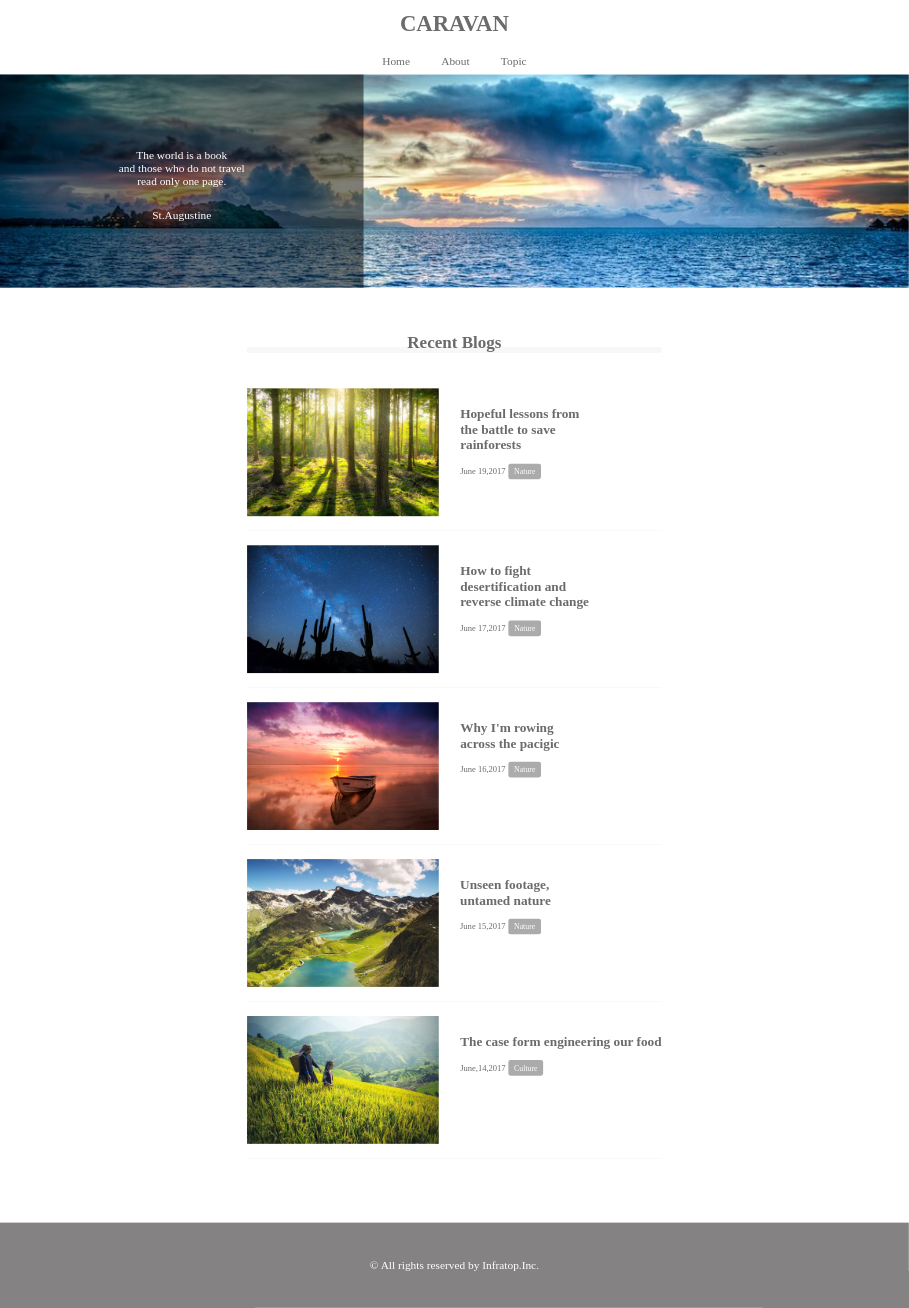
Repository: mitoma99/task4
Page: caravan/index.html
The author's editor kept a record of every edit. The page is drawn from the files as they stood at one moment, then again after the next edit.
The browser window is 1280 px wide. The pictures show the whole page, at 71% of full size.

Above is the page before.

### caravan/index.html
<!DOCTYPE html>
<html lang="ja">
  <head>
    <meta charset="UTF-8"/>
    <link rel="stylesheet" href="style.css"/>
    <title>CARAVAN</title>
  </head>


<body>
  <header>
    <h1 class="heading">
      <a href="index.html">
        CARAVAN
      </a>
    </h1>
  </header>

  <nav>
    <ul class="nav-list">
      <li class="nav-list-item">
        <a href="index.html">Home</a>
      </li>
      <li class="nav-list-item">About</li>
      <li class="nav-list-item">Topic</li>
    </ul>
  </nav>

  <div class="main-visual">
    <div class="main-visual-content">
      <p class="main-visual-text">
        The world is a book<br/>
        and those who do not travel<br/>
        read only one page.
      </p>
      <p class="main-visual-name">
        St.Augustine
      </p>
    </div>
  </div>

  <main>
    <section class="biog">
      <h2 class="blog-heading">Recent Blogs</h2>

      <div class="blog-box">
      <div class="blog-item">
        <img class="blog-image" src="img/forest.jpg"/>
        <section class="blog-text">
          <h3 class="blog-text-heading">
            <a href="single.html">
              Hopeful lessons from<br>
              the battle to save<br>
              rainforests
            </a>
          </h3>
          <p class="blog-date">June 19,2017</p>
          <span class="category">Nature</span>
        </section>
      </div>
      <div class="blog-item">
        <img class="blog-image" src="img/desert.jpg"/>
        <section class="blog-text">
          <h3 class="blog-text-heading">
            <a href="single.html">
              How to fight<br>
              desertification and<br>
              reverse climate change
            </a>
          </h3>
          <p class="blog-date">June 17,2017</p>
          <span class="category">Nature</span>
        </section>
        </div>
         <div class="blog-item">
        <img class="blog-image" src="img/sunset.jpg"/>
        <section class="blog-text">
          <h3 class="blog-text-heading">
            <a href="single.html">
              Why I'm rowing<br>
              across the pacigic
            </a>
          </h3>
          <p class="blog-date">June 16,2017</p>
          <span class="category">Nature</span>
        </section>
        </div>
         <div class="blog-item">
        <img class="blog-image" src="img/italy.jpg"/>
        <section class="blog-text">
          <h3 class="blog-text-heading">
            <a href="single.html">
              Unseen footage,<br>
              untamed nature
            </a>
          </h3>
          <p class="blog-date">June 15,2017</p>
          <span class="category">Nature</span>
        </section>
        </div>
         <div class="blog-item">
        <img class="blog-image" src="img/asia.jpg"/>
        <section class="blog-text">
          <h3 class="blog-text-heading">
            <a href="single.html">
              The case form
              engineering our food
              </a>
            </h3>
            <p class="blog-date">June,14,2017</p>
            <span class="category">Culture</span>
        </section>
        </div>
      </div>
    </section>
    <div class="sidebar"></div>
  </main>

  <footer>
    <p class="footer-text">© All rights reserved by Infratop.Inc.</p>
  </footer>
 </body>
</html>

### caravan/style.css
*{
  margin:0;
  padding:0;
  box-sizing:border-box;
  color:#6c6b6b;
}

a{
  text-decoration:none;
}

header{
  width:90%;
  padding:15px 0;
  margin:0 auto;
  text-align:center;
}

header.heading{
  font-size:32px;
}

.nav-list{
  text-align:center;
  padding:10px 0;
  margin:0 auto;
}

.nav-list-item{
  list-style:none;
  display:inline-block;
  margin:0 20px;
}

.main-visual{
  width:100%;
  height:300px;
  background-image:url(img/mv.jpg);
  background-size:cover;
  background-position:center;
}

.main-visual-content{
  width:40%;
  height:300px;
  background-color:rgba(0,0,0,0.5);
  text-align:center;
  padding-top:105px;
}

.main-visual-text{
  color:#fff;
}

.main-visual-name{
  margin-top:30px;
  color:#fff;
}

main{
  width:800px;
  display:flex;
  justify-content:center;
  margin:0 auto;
  padding:70px 0;
}

.blog{
  width:540px;
  margin-right:30px;
}

.blog-heading{
  border-bottom:8px solid #f7f7f7;
  text-align:center;
  line-height:0.6;
}

.blog-box{
  padding-top:50px;
}

.blog-item{
  padding-bottom:20px;
  margin-bottom:20px;
  border-bottom:1px solid #f7f7f7;
  display:flex;
  justify-content:flex-start;
}

.blog-image{
  height:180px;
}

.blog-text{
  padding:25px 0 0 30px;
}

.blog-text-heading{
  padding-bottom:15px;
}

.blog-date{
  font-size:12px;
  display:inline-block;
}

.category{
  display:inline-block;
  padding:5px 8px;
  background-color:#acabab;
  border-radius:3px;
  color:#fff;
  font-size:11px;
}

.sideber{
  width:230px;
}

footer{
  width:100%;
  height:120px;
  text-align:center;
  line-height:120px;
  background-color:#848282;
}

.footer-text{
  color:#fff;
}

After the next edit:
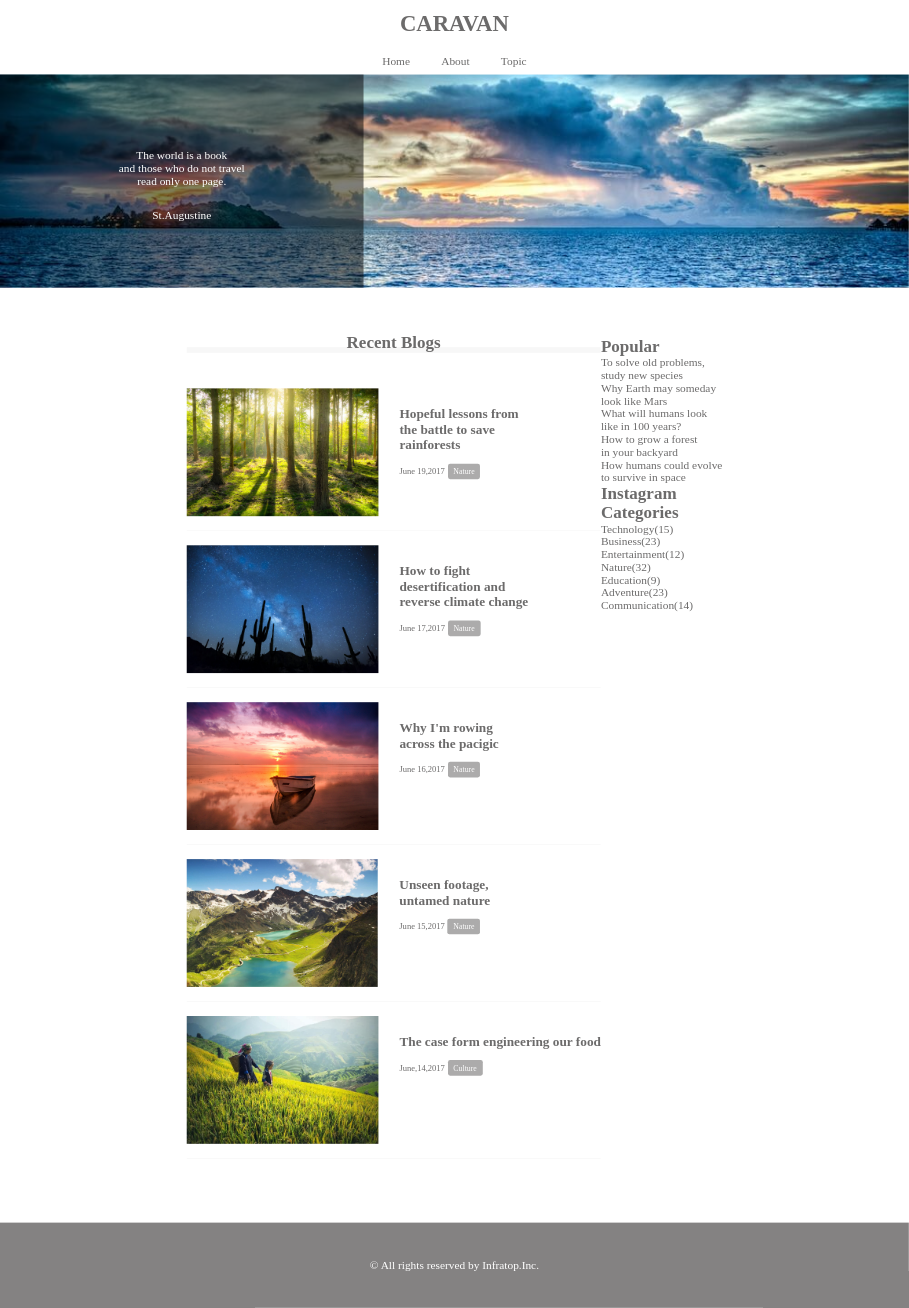
The edit:
--- a/caravan/index.html
+++ b/caravan/index.html
@@ -113,7 +113,42 @@
         </div>
       </div>
     </section>
-    <div class="sidebar"></div>
+
+    <div class="sidebar">
+        <section class="popular">
+          <h2 class="popular-heading common-heading">Popular</h2>
+          <div class="sidebar-contents">
+            <p class="popular-text">To solve old problems,<br>study new species</p>
+            <p class="popular-text">Why Earth may someday<br>look like Mars</p>
+            <p class="popular-text">What will humans look<br>like in 100 years?</p>
+            <p class="popular-text">How to grow a forest<br>in your backyard</p>
+            <p class="popular-text">How humans could evolve<br>to survive in space</p>
+          </div>
+        </section>
+        <section class="instagram">
+          <h2 class="instagram-heading common-heading">Instagram</h2>
+          <div class="sidebar-contents">
+            <div class="instagram-box"></div>
+            <div class="instagram-box"></div>
+            <div class="instagram-box"></div>
+            <div class="instagram-box"></div>
+            <div class="instagram-box"></div>
+            <div class="instagram-box"></div>
+          </div>
+        </section>
+        <section class="categories">
+          <h2 class="categories-heading common-heading">Categories</h2>
+          <div class="sidebar-contents">
+            <p class="categories-text">Technology(15)</p>
+            <p class="categories-text">Business(23)</p>
+            <p class="categories-text">Entertainment(12)</p>
+            <p class="categories-text">Nature(32)</p>
+            <p class="categories-text">Education(9)</p>
+            <p class="categories-text">Adventure(23)</p>
+            <p class="categories-text">Communication(14)</p>
+          </div>
+        </section>
+      </div>
   </main>
 
   <footer>
